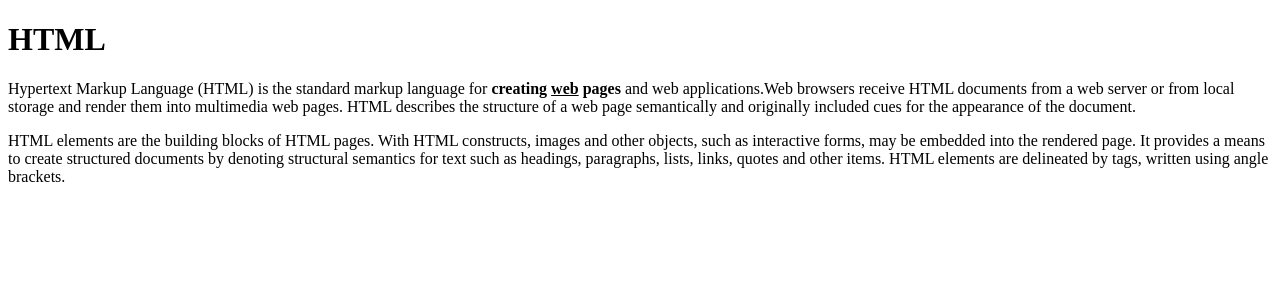
Repository: youngsik0405/Web-study
Page: Practice/WebContent/1.html
The author's editor kept a copy of each file at every save. The page is drawn from the files as they stood at one save, then again after the next save.
The browser window is 1280 px wide. The pictures show the whole page.

Above is the page before, as saved 2025-01-20 11:26:36.

### Practice/WebContent/1.html
<!DOCTYPE html>
<html>
<head>
<meta charset="UTF-8">
<title>Insert title here</title>
</head>
<body>

<h1>HTML</h1>
Hypertext Markup Language (HTML) is the standard markup language for <strong>creating <u>web</u> pages</strong> and web applications.Web browsers receive HTML documents from a web server or from local storage and render them into multimedia web pages. HTML describes the structure of a web page semantically and originally included cues for the appearance of the document.
</p><p>HTML elements are the building blocks of HTML pages. With HTML constructs, images and other objects, such as interactive forms, may be embedded into the rendered page. It provides a means to create structured documents by denoting structural semantics for text such as headings, paragraphs, lists, links, quotes and other items. HTML elements are delineated by tags, written using angle brackets.


</body>
</html>

After the next save:
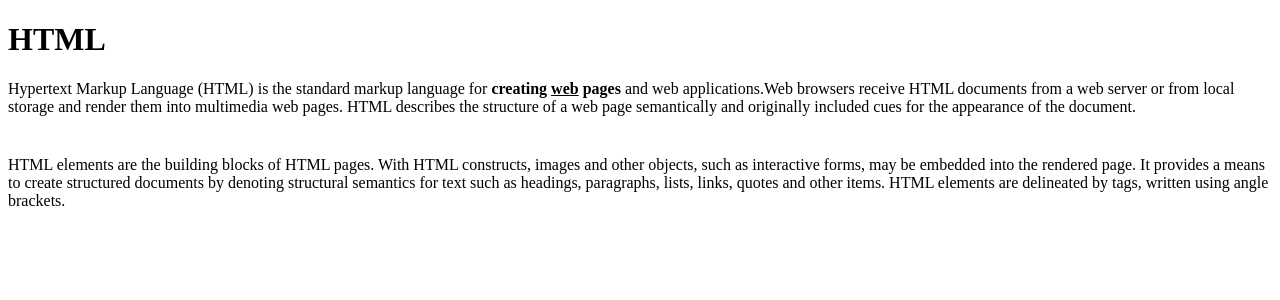
Saved 87 s later.
--- a/Practice/WebContent/1.html
+++ b/Practice/WebContent/1.html
@@ -8,7 +8,7 @@
 
 <h1>HTML</h1>
 Hypertext Markup Language (HTML) is the standard markup language for <strong>creating <u>web</u> pages</strong> and web applications.Web browsers receive HTML documents from a web server or from local storage and render them into multimedia web pages. HTML describes the structure of a web page semantically and originally included cues for the appearance of the document.
-</p><p>HTML elements are the building blocks of HTML pages. With HTML constructs, images and other objects, such as interactive forms, may be embedded into the rendered page. It provides a means to create structured documents by denoting structural semantics for text such as headings, paragraphs, lists, links, quotes and other items. HTML elements are delineated by tags, written using angle brackets.
+</p><p style="margin-top:40px;">HTML elements are the building blocks of HTML pages. With HTML constructs, images and other objects, such as interactive forms, may be embedded into the rendered page. It provides a means to create structured documents by denoting structural semantics for text such as headings, paragraphs, lists, links, quotes and other items. HTML elements are delineated by tags, written using angle brackets.
 
 
 </body>
